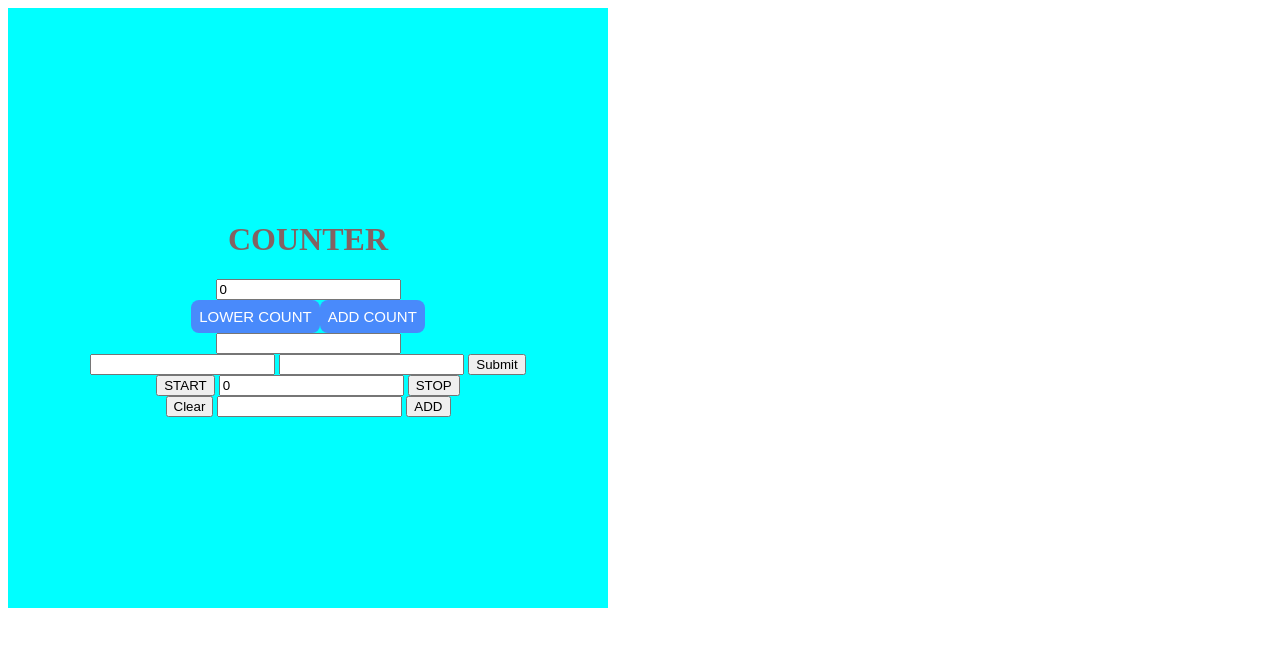
Repository: sedashahnazaryan/Caunter
Page: index.html
The author's editor kept a copy of each file at every save. The page is drawn from the files as they stood at one save, then again after the next save.
The browser window is 1280 px wide. The pictures show the whole page.

Above is the page before, as saved 2022-02-15 01:24:08.

### index.html
<!DOCTYPE html>
<html lang="en">
<head>
    <meta charset="UTF-8">
    <meta http-equiv="X-UA-Compatible" content="IE=edge">
    <meta name="viewport" content="width=device-width, initial-scale=1.0">
    <title>Caunter</title>
    <link rel="stylesheet" href="./index.css">
</head>

<body>
    <div class="container">

        <h1 class="counter">COUNTER</h1>
    <input class="item1"id="input" type="text" value="0">
    <div class="btn-item">
        <button id="lower" onclick="">LOWER COUNT </button>
        <button id ="add">ADD COUNT</button>
    </div>

    <input id ="result" type="text">
    <div class="add-item">
        <input id="num1" type="text">
        <input id="num2" type="text">
        <button id="submit">Submit</button>
    </div>

    <div class="item1">
        <button id ="start">START</button>
         <input id ="interval"value=0 type="text">
          <button id ="stop">STOP</button>
    </div>
    <div class="item2">
        <button id ="adding">Clear</button>
        <input id="result-fibo" type="text">
        <button id="add-fibo">ADD</button>
    </div>
</div>

   <script src="./index.js"></script>
</body>
</html>

### index.css




.container{
  display: flex;
  height: 600px;
  width: 600px;
  justify-content: center;
  align-items: center;
  background-color: aqua;
  flex-direction: column;
}

.counter{
color: rgba(151, 75, 75, 0.87);

}



.btn-item{
    display: flex;
    justify-content: center;
}
#add,#lower {
    background-color: #498AFB;
    color: white;
    padding: 8px;
    border-radius: 8px;
    border: none;
    font-size: 15px;

    cursor: pointer;

}
/* #lower {
    background-color: #498AFB;
    color: white;
    padding: 8px;
    border-radius: 8px;
    border: none;
    font-size: 15px;
    cursor: pointer; */

    .item1{

    }

### index.js
let counterDisplayElem = document.getElementById('input');
let counterMinusElem = document.getElementById('lower');
let counterPlusElem = document.getElementById('add');
let result=document.getElementById('result');
let num1 =document.getElementById('num1');
let num2 =document.getElementById('num2');
let submit=document.getElementById('submit');
let number = 0;



counterPlusElem.addEventListener("click",()=>{
    counterDisplayElem.value++;
}) ;

counterMinusElem.addEventListener("click",()=>{
    counterDisplayElem.value--;
});

function curry(a){
    return function(b){
       return a+b;
    }

};
submit.addEventListener('click',()=>{
result.value=curry(+num1.value)(+num2.value);

});
function fibonacci(num){
    if(num<=1){
        return num;

    }
      return fibonacci(num-1)+fibonacci(num-2);
    //   0,1,1,2,3,5,8,13,21-8րդ թիվն է
}
document.getElementById("add-fibo").addEventListener('click',()=>{
    document.getElementById('result-fibo').value+=fibonacci(number);
    number++;


    })

    document.getElementById("adding").addEventListener("click", ()=>{
        document.getElementById("result-fibo").value = "";
        number=0;
      });

      let interval;
      function starting(){
      interval=setInterval(() => {
          document.getElementById('interval').value++;

      }, 500)};

      function off(){
        clearInterval(interval);
        document.getElementById('interval').value="";

      }
      document.getElementById('start').addEventListener('click',starting)


      document.getElementById('stop').addEventListener('click',off);

After the next save:
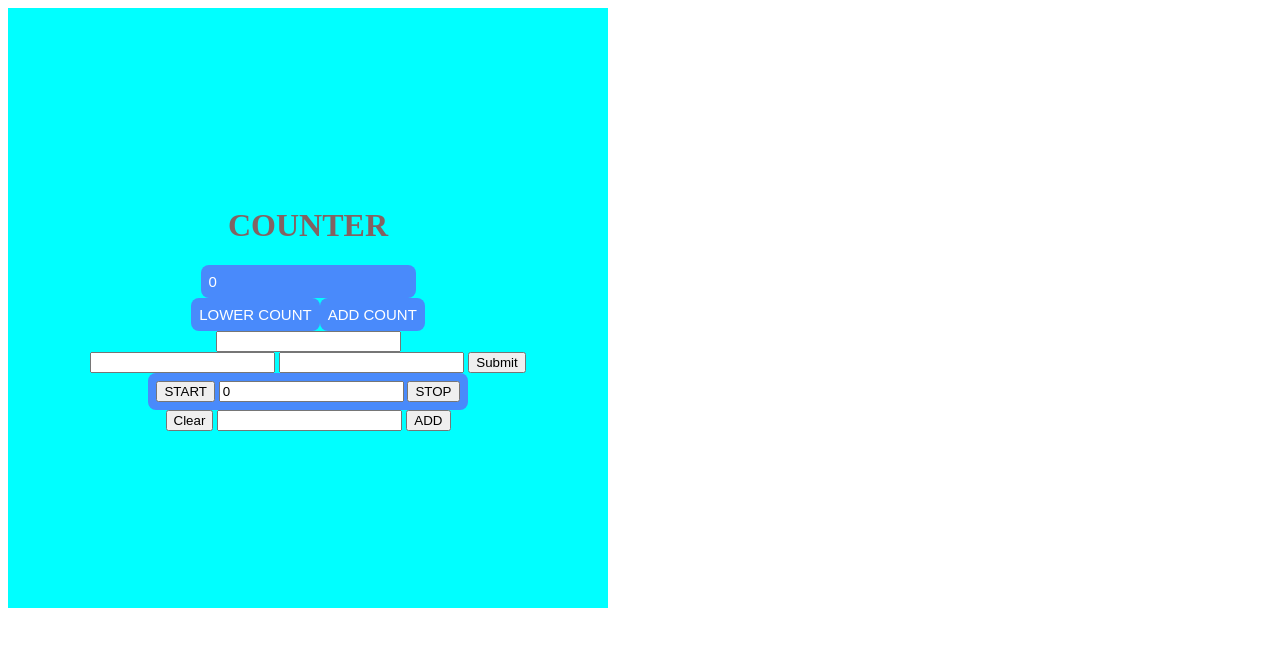
Saved 30 s later.
--- a/index.css
+++ b/index.css
@@ -44,5 +44,12 @@ color: rgba(151, 75, 75, 0.87);
     cursor: pointer; */
 
     .item1{
+        background-color: #498AFB;
+        color: white;
+        padding: 8px;
+        border-radius: 8px;
+        border: none;
+        font-size: 15px;
 
+        cursor: pointer;
     }
